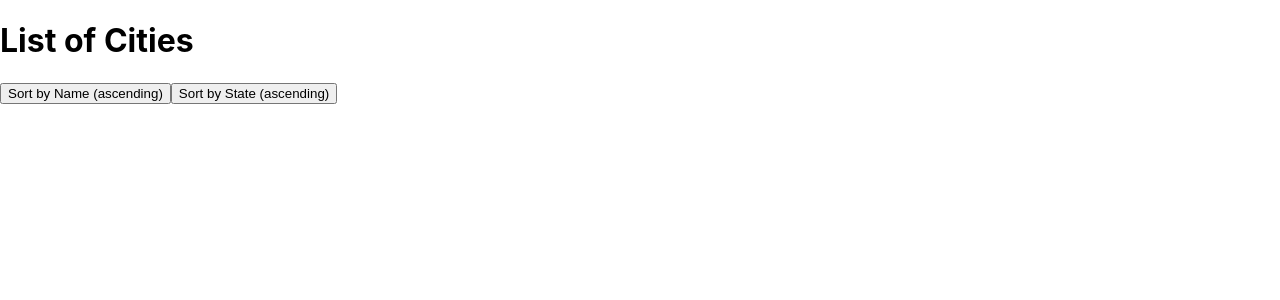
Repository: masonma21/city-list-app
Page: /
The author's editor kept a copy of each file at every save. The page is drawn from the files as they stood at one save, then again after the next save.
The browser window is 1280 px wide. The pictures show the whole page.
The page's requests for data from a server got no answer. The project was rebuilt for these pictures with package versions that can differ from the ones it lists, and the page was loaded fresh each time. No one was signed in, and anything a server would have sent is missing.

Above is the page before, as saved 2024-11-05 13:49:16.

After the next save:
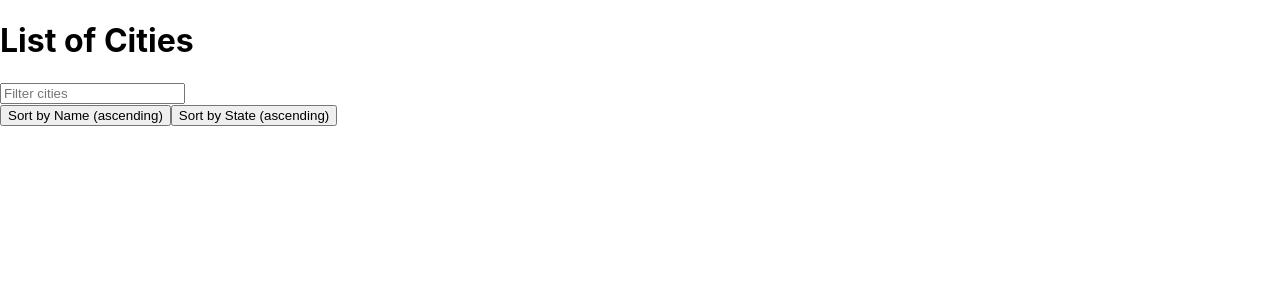
Saved 112 s later.
--- a/src/App.js
+++ b/src/App.js
@@ -4,6 +4,7 @@ function App() {
   const [cities, setCities] = useState([]);
   const [loading, setLoading] = useState(true);
   const [sortConfig, setSortConfig] = useState({ key: 'name', direction: 'ascending' });
+  const [query, setQuery] = useState('');
 
   useEffect(() => {
     fetch('https://roots.thecompernolles.com/cities.json')
@@ -18,21 +19,32 @@ function App() {
       });
   }, []);
 
+  const filteredCities = React.useMemo(() => {
+    return cities.filter((city) => {
+      return (
+        city.name.toLowerCase().includes(query.toLowerCase()) ||
+        city.state.toLowerCase().includes(query.toLowerCase())
+      );
+    });
+  }, [cities, query]);
+
   const sortedCities = React.useMemo(() => {
-    let sortableCities = [...cities];
+    let sortableCities = [...filteredCities];
     if (sortConfig !== null) {
       sortableCities.sort((a, b) => {
-        if (a[sortConfig.key].toLowerCase() < b[sortConfig.key].toLowerCase()) {
+        const aKey = a[sortConfig.key].toLowerCase();
+        const bKey = b[sortConfig.key].toLowerCase();
+        if (aKey < bKey) {
           return sortConfig.direction === 'ascending' ? -1 : 1;
         }
-        if (a[sortConfig.key].toLowerCase() > b[sortConfig.key].toLowerCase()) {
+        if (aKey > bKey) {
           return sortConfig.direction === 'ascending' ? 1 : -1;
         }
         return 0;
       });
     }
     return sortableCities;
-  }, [cities, sortConfig]);
+  }, [filteredCities, sortConfig]);
 
   const requestSort = (key) => {
     let direction = 'ascending';
@@ -41,6 +53,10 @@ function App() {
       sortConfig.direction === 'ascending'
     ) {
       direction = 'descending';
+    } else if (sortConfig.key === key && sortConfig.direction === 'descending') {
+      direction = 'ascending';
+    } else {
+      direction = 'ascending';
     }
     setSortConfig({ key, direction });
   };
@@ -50,14 +66,27 @@ function App() {
   }
 
   return (
-    <div>
+    <div className="container">
       <h1>List of Cities</h1>
-      <button onClick={() => requestSort('name')}>
-        Sort by Name ({sortConfig.direction})
-      </button>
-      <button onClick={() => requestSort('state')}>
-        Sort by State ({sortConfig.direction})
-      </button>
+
+      <div className="controls">
+        <input
+          type="text"
+          placeholder="Filter cities"
+          value={query}
+          onChange={(e) => setQuery(e.target.value)}
+        />
+
+        <div className="sorting-buttons">
+          <button onClick={() => requestSort('name')}>
+            Sort by Name ({sortConfig.key === 'name' ? sortConfig.direction : 'ascending'})
+          </button>
+          <button onClick={() => requestSort('state')}>
+            Sort by State ({sortConfig.key === 'state' ? sortConfig.direction : 'ascending'})
+          </button>
+        </div>
+      </div>
+
       <ul>
         {sortedCities.map((city) => (
           <li key={city.id}>
